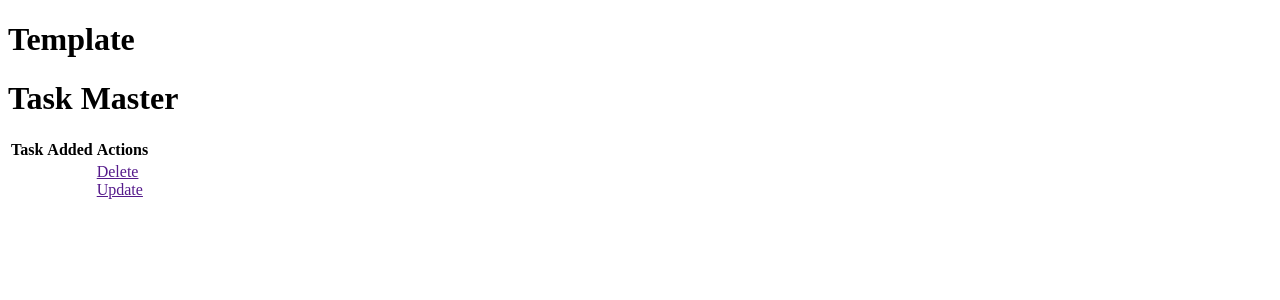
Repository: AnkurDevv/PythonFlask-TaskMaster
Page: http://localhost/
These files come from the project's save history. The page is drawn as it stood at one moment and after the next save; the edit follows.
The browser window is 1280 px wide. The pictures show the whole page.
The page is served by the project's application, run on Flask 3 (app.py).

Above is the page before, as saved 2020-02-24 15:56:49.

After the next save:
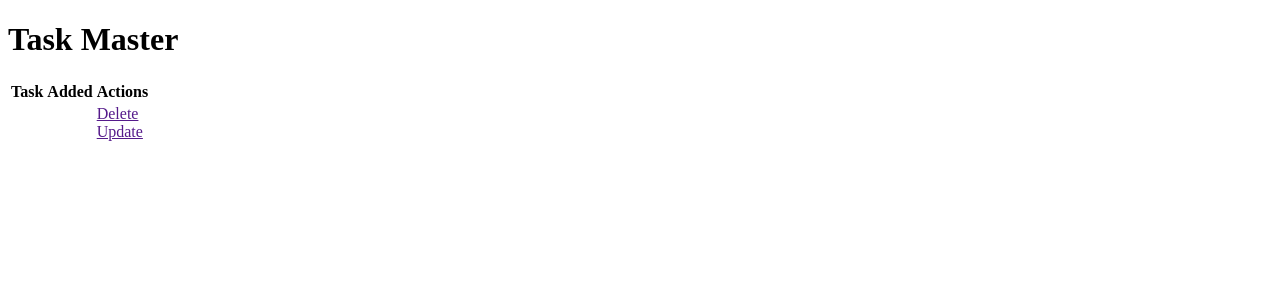
Saved 51 s later.
--- a/templates/index.html
+++ b/templates/index.html
@@ -1,7 +1,7 @@
 {% extends 'base.html' %}
 
 {% block head %}
-<h1>Template</h1>
+
 {% endblock %}
 
 {% block body %}
